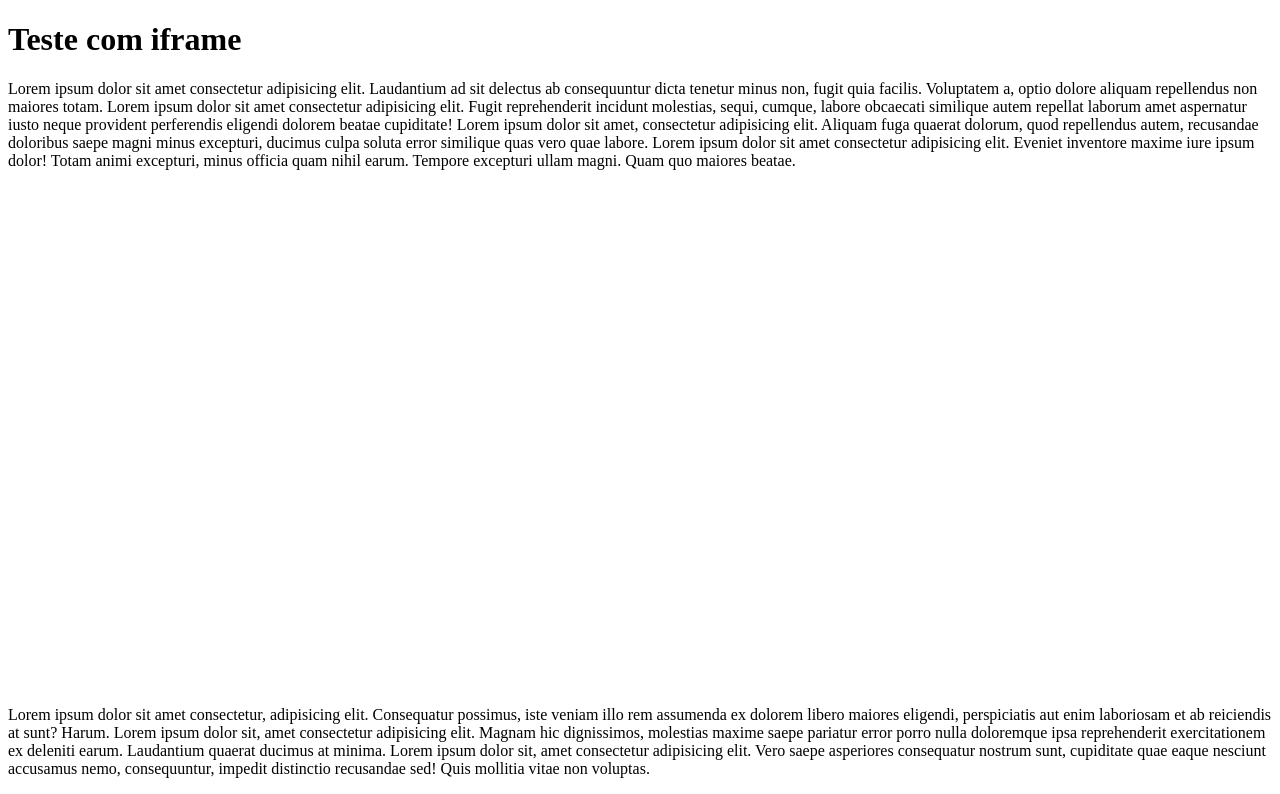
Repository: Leonngc/html-css
Page: ex024/iframe002.html
An editor plug-in stored every save of this project. The page is shown before and after the next save, followed by the edit.
The browser window is 1280 px wide. The pictures show the whole page.

Above is the page before, as saved 2022-11-15 18:21:32.

### ex024/iframe002.html
<!DOCTYPE html>
<html lang="pt-br">
<head>
    <meta charset="UTF-8">
    <meta http-equiv="X-UA-Compatible" content="IE=edge">
    <meta name="viewport" content="width=device-width, initial-scale=1.0">
    <title>Iframe</title>
</head>
<body>
    <h1>Teste com iframe</h1>
    <p>Lorem ipsum dolor sit amet consectetur adipisicing elit. Laudantium ad sit delectus ab consequuntur dicta tenetur minus non, fugit quia facilis. Voluptatem a, optio dolore aliquam repellendus non maiores totam. Lorem ipsum dolor sit amet consectetur adipisicing elit. Fugit reprehenderit incidunt molestias, sequi, cumque, labore obcaecati similique autem repellat laborum amet aspernatur iusto neque provident perferendis eligendi dolorem beatae cupiditate! Lorem ipsum dolor sit amet, consectetur adipisicing elit. Aliquam fuga quaerat dolorum, quod repellendus autem, recusandae doloribus saepe magni minus excepturi, ducimus culpa soluta error similique quas vero quae labore. Lorem ipsum dolor sit amet consectetur adipisicing elit. Eveniet inventore maxime iure ipsum dolor! Totam animi excepturi, minus officia quam nihil earum. Tempore excepturi ullam magni. Quam quo maiores beatae.</p>

    <iframe src="" frameborder="0" width="500px" height="500px"></iframe>

    <p>Lorem ipsum dolor sit amet consectetur, adipisicing elit. Consequatur possimus, iste veniam illo rem assumenda ex dolorem libero maiores eligendi, perspiciatis aut enim laboriosam et ab reiciendis at sunt? Harum. Lorem ipsum dolor sit, amet consectetur adipisicing elit. Magnam hic dignissimos, molestias maxime saepe pariatur error porro nulla doloremque ipsa reprehenderit exercitationem ex deleniti earum. Laudantium quaerat ducimus at minima. Lorem ipsum dolor sit, amet consectetur adipisicing elit. Vero saepe asperiores consequatur nostrum sunt, cupiditate quae eaque nesciunt accusamus nemo, consequuntur, impedit distinctio recusandae sed! Quis mollitia vitae non voluptas.</p>
</body>
</html>

### ex024/pag001.html
<!DOCTYPE html>
<html lang="pt-br">
<head>
    <meta charset="UTF-8">
    <meta http-equiv="X-UA-Compatible" content="IE=edge">
    <meta name="viewport" content="width=device-width, initial-scale=1.0">
    <title>Site de teste</title>
    <style>
        body{
            background-color: black;
            color: aqua;
        }
    </style>
</head>
<body>
    <h1>Isso é um teste otário haha</h1>
</body>
</html>

After the next save:
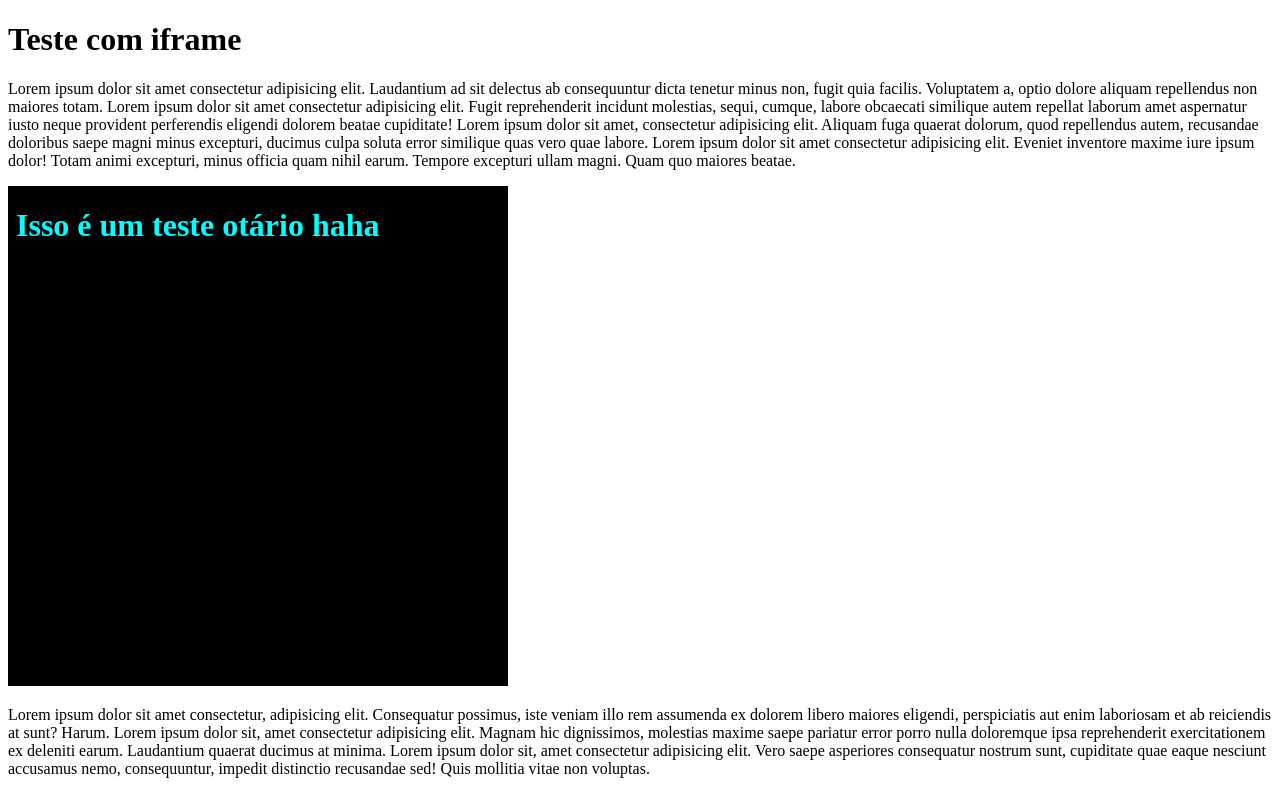
Saved 6 s later.
--- a/ex024/iframe002.html
+++ b/ex024/iframe002.html
@@ -10,7 +10,7 @@
     <h1>Teste com iframe</h1>
     <p>Lorem ipsum dolor sit amet consectetur adipisicing elit. Laudantium ad sit delectus ab consequuntur dicta tenetur minus non, fugit quia facilis. Voluptatem a, optio dolore aliquam repellendus non maiores totam. Lorem ipsum dolor sit amet consectetur adipisicing elit. Fugit reprehenderit incidunt molestias, sequi, cumque, labore obcaecati similique autem repellat laborum amet aspernatur iusto neque provident perferendis eligendi dolorem beatae cupiditate! Lorem ipsum dolor sit amet, consectetur adipisicing elit. Aliquam fuga quaerat dolorum, quod repellendus autem, recusandae doloribus saepe magni minus excepturi, ducimus culpa soluta error similique quas vero quae labore. Lorem ipsum dolor sit amet consectetur adipisicing elit. Eveniet inventore maxime iure ipsum dolor! Totam animi excepturi, minus officia quam nihil earum. Tempore excepturi ullam magni. Quam quo maiores beatae.</p>
 
-    <iframe src="" frameborder="0" width="500px" height="500px"></iframe>
+    <iframe src="pag001.html" frameborder="0" width="500px" height="500px"></iframe>
 
     <p>Lorem ipsum dolor sit amet consectetur, adipisicing elit. Consequatur possimus, iste veniam illo rem assumenda ex dolorem libero maiores eligendi, perspiciatis aut enim laboriosam et ab reiciendis at sunt? Harum. Lorem ipsum dolor sit, amet consectetur adipisicing elit. Magnam hic dignissimos, molestias maxime saepe pariatur error porro nulla doloremque ipsa reprehenderit exercitationem ex deleniti earum. Laudantium quaerat ducimus at minima. Lorem ipsum dolor sit, amet consectetur adipisicing elit. Vero saepe asperiores consequatur nostrum sunt, cupiditate quae eaque nesciunt accusamus nemo, consequuntur, impedit distinctio recusandae sed! Quis mollitia vitae non voluptas.</p>
 </body>
